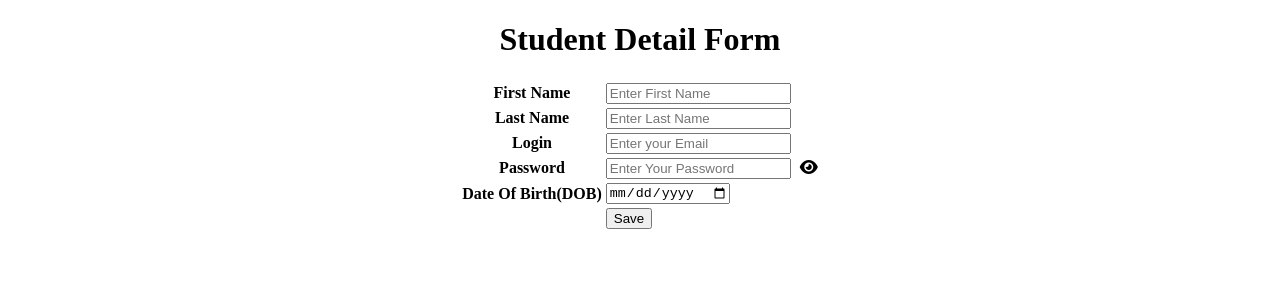
Repository: Abhi070717/Advance-Java
Page: http://localhost/jsp-servlet/UserForm.jsp
These files come from the project's save history. The page is drawn as it stood at one moment and after the next save; the edit follows.
The browser window is 1280 px wide. The pictures show the whole page.
The page is served by Tomcat 9.

Above is the page before, as saved 2026-01-21 10:43:05.

After the next save:
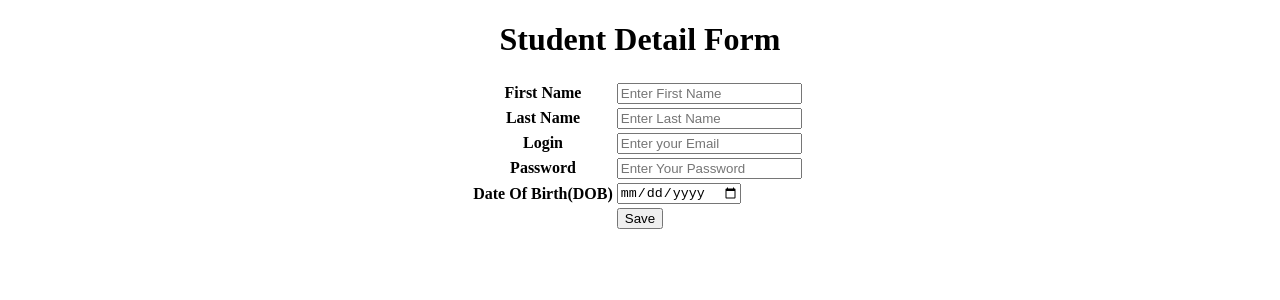
Saved 2 min 43 s later.
--- a/Jsp-servlet/jsp-servlet/WebContent/UserForm.jsp
+++ b/Jsp-servlet/jsp-servlet/WebContent/UserForm.jsp
@@ -11,18 +11,6 @@
 	margin-left: 5px;
 }
 </style>
-<link rel="stylesheet"
-	href="https://cdnjs.cloudflare.com/ajax/libs/font-awesome/6.5.0/css/all.min.css">
-<script>
-	function togglePassword() {
-		var pwd = document.getElementById("password");
-		if (pwd.type === "password") {
-			pwd.type = "text";
-		} else {
-			pwd.type = "password";
-		}
-	}
-</script>
 </head>
 <body>
 
@@ -50,7 +38,7 @@
 					<th>Password</th>
 					<td><input type="password" id="password" name="password"
 						placeholder="Enter Your Password"> <span class="eye"
-						onclick="togglePassword()"><i class="fa fa-eye"></i></span></td>
+						onclick="togglePassword()"></span></td>
 				</tr>
 
 				<tr>
